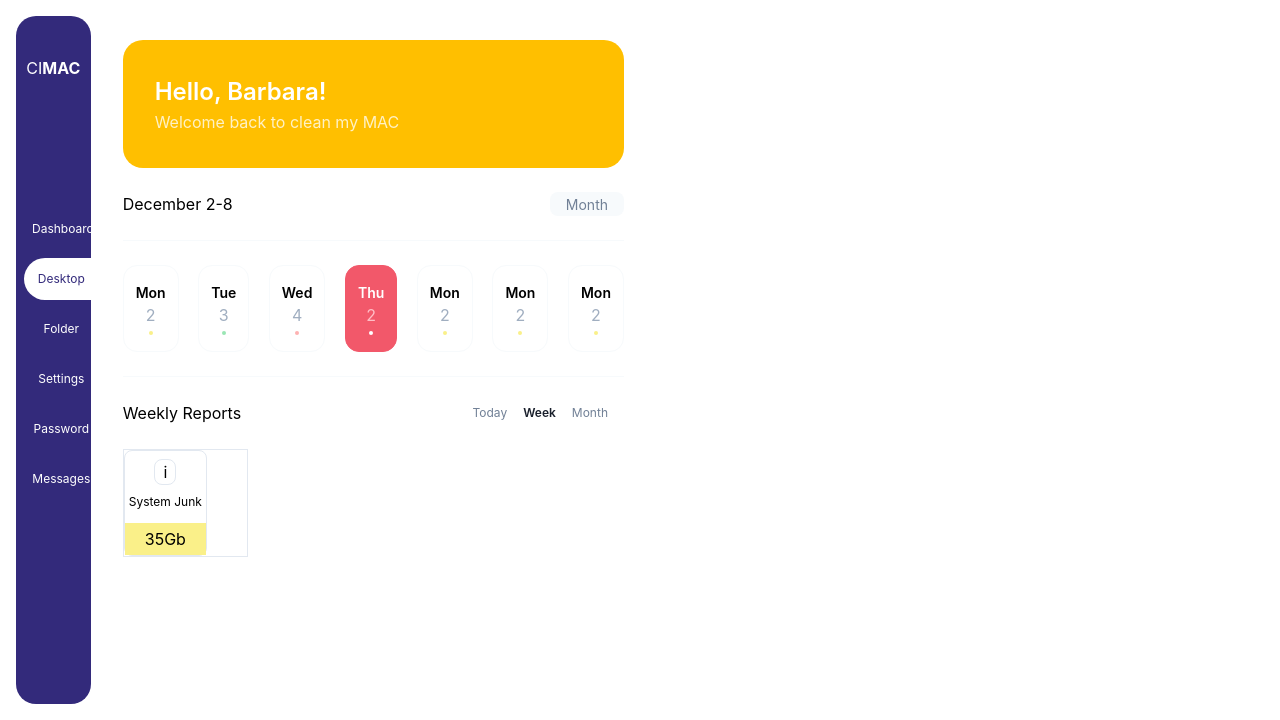
Repository: charleyvibez/experiment-Utility-software-UI
Page: index.html
An editor plug-in stored every save of this project. The page is shown before and after the next save, followed by the edit.
The browser window is 1280 px wide. The pictures show the whole page.

Above is the page before, as saved 2020-03-18 00:47:55.

After the next save:
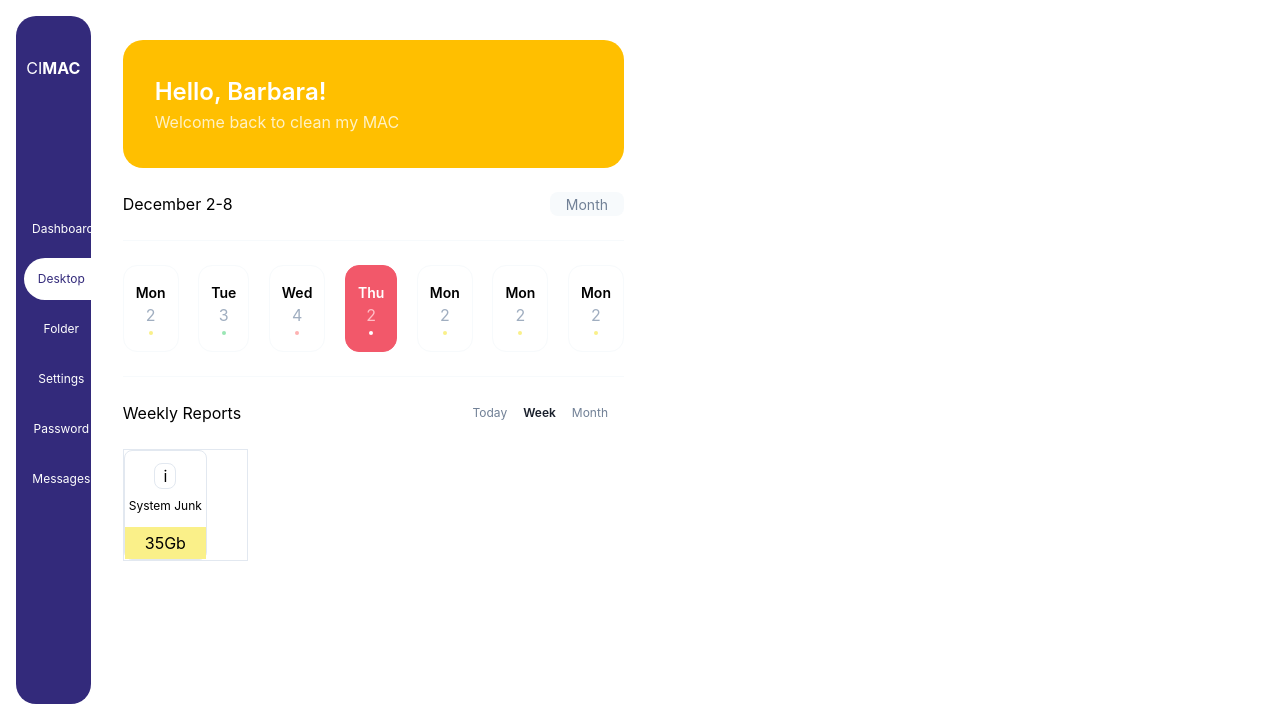
Saved 4 s later.
--- a/index.html
+++ b/index.html
@@ -97,7 +97,7 @@
         </div>
         <div class="junks">
           <div class="system-junk w-1/4 border flex items-center pr-10">
-           <div class="bg-white rounded-lg flex flex-col items-center border w-full pt-2">
+           <div class="bg-white rounded-lg flex flex-col items-center border w-full pt-3">
              <span class="junk-icon inline-block px-2 border mb-2 rounded-lg">
               i
             </span>
